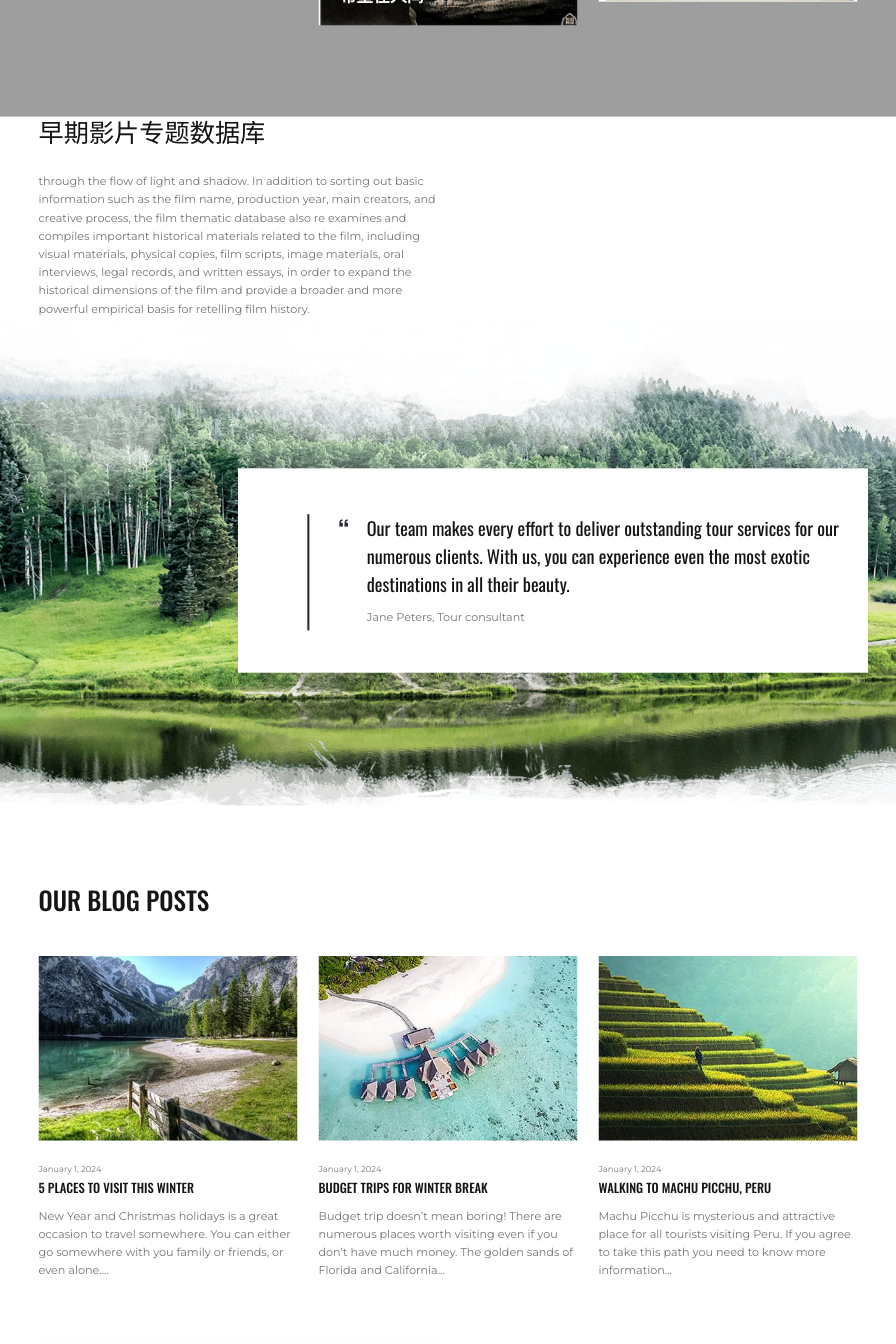
Repository: Jquarker/Modern-Film-Database
Page: index.html
An editor plug-in stored every save of this project. The page is shown before and after the next save, followed by the edit.
The browser window is 1280 px wide. The pictures show the part of the page from y = 2982 to 4902 px (the page is 5468 px tall before and 5782 px after), at 70% of full size.
Pictures or frames that could not be fetched are drawn as grey boxes.

Above is the page before, as saved 2025-02-21 11:53:22.

After the next save:
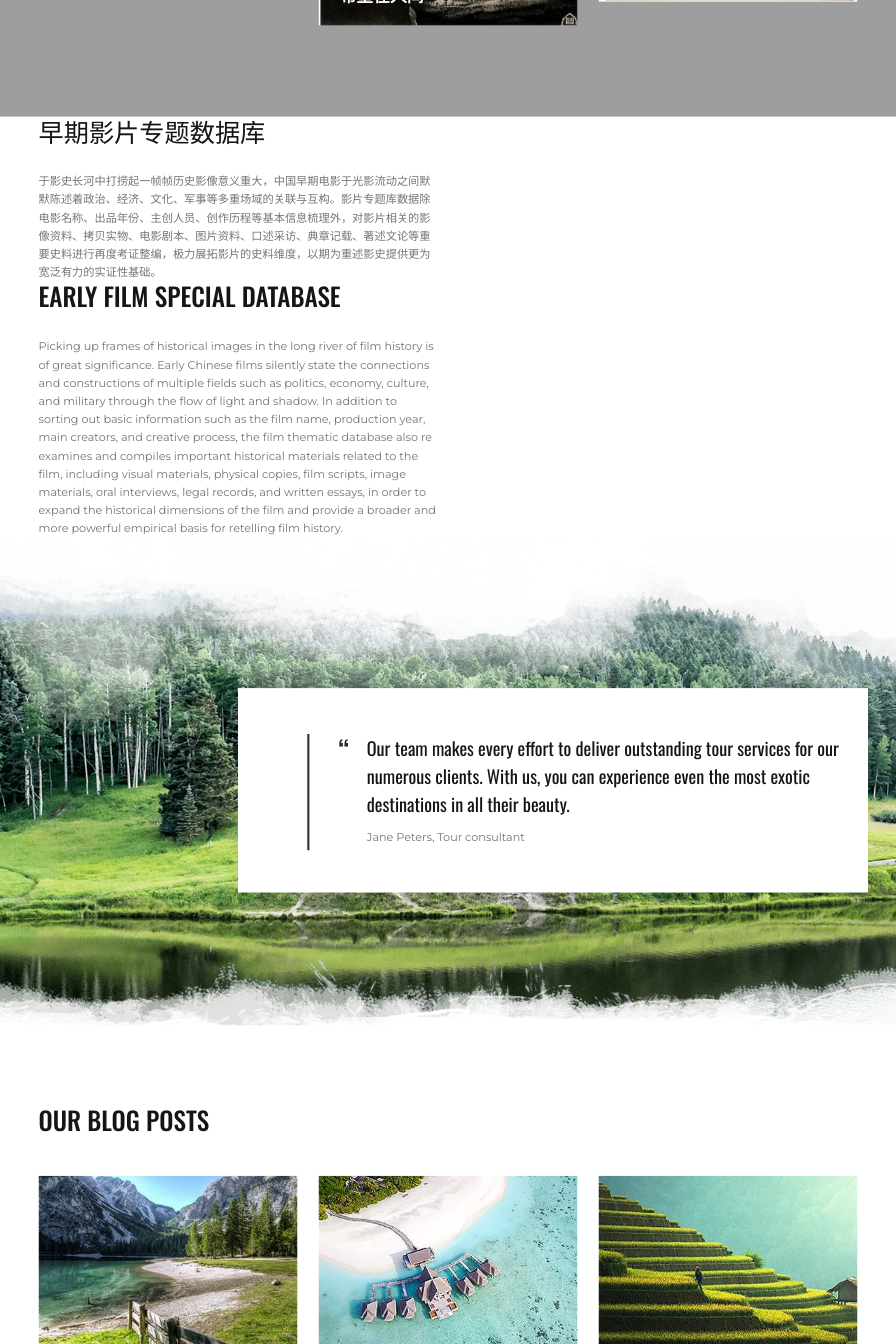
Saved 12 s later.
--- a/index.html
+++ b/index.html
@@ -251,6 +251,14 @@
           <h2>早期影片专题数据库</h2>
           <div class="row row-40 offset-lg">
             <div class="col-xl-6 wow fadeInLeft">
+              <p>于影史长河中打捞起一帧帧历史影像意义重大，中国早期电影于光影流动之间默默陈述着政治、经济、文化、军事等多重场域的关联与互构。影片专题库数据除电影名称、出品年份、主创人员、创作历程等基本信息梳理外，对影片相关的影像资料、拷贝实物、电影剧本、图片资料、口述采访、典章记载、著述文论等重要史料进行再度考证整编，极力展拓影片的史料维度，以期为重述影史提供更为宽泛有力的实证性基础。</p>
+            </div>
+          </div>
+          <h2>Early Film Special Database</h2>
+          <div class="row row-40 offset-lg">
+            <div class="col-xl-6 wow fadeInLeft">
+              <p>Picking up frames of historical images in the long river of film history is of great significance. Early Chinese films
+              silently state the connections and constructions of multiple fields such as politics, economy, culture, and military
               through the flow of light and shadow. In addition to sorting out basic information such as the film name, production
               year, main creators, and creative process, the film thematic database also re examines and compiles important historical
               materials related to the film, including visual materials, physical copies, film scripts, image materials, oral
